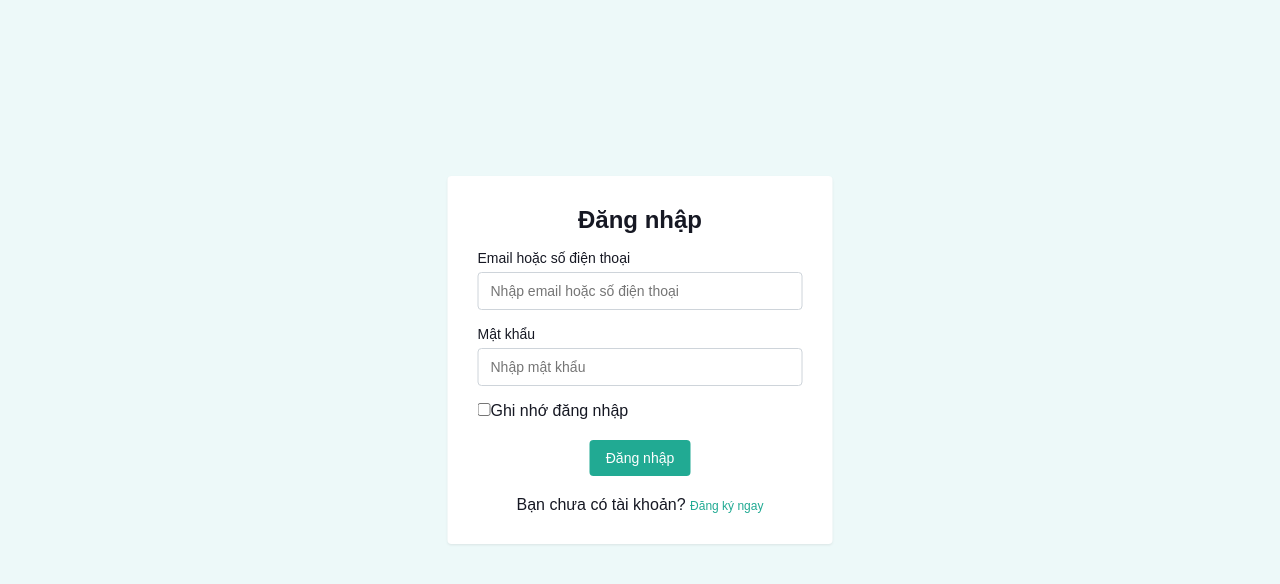
Repository: ntq25012002/chat-app
Page: /login
An editor plug-in stored every save of this project. The page is shown before and after the next save, followed by the edit.
The browser window is 1280 px wide. The pictures show the whole page.
The project was rebuilt for these pictures with package versions that can differ from the ones it lists, and the page was loaded fresh each time. Also part of the build but not shown: src/pages/Home/index.js, src/pages/Profile/index.js, src/layouts/components/SideBar/index.js, src/layouts/DefaultLayout/index.js.

Above is the page before, as saved 2023-05-19 11:15:24.

After the next save:
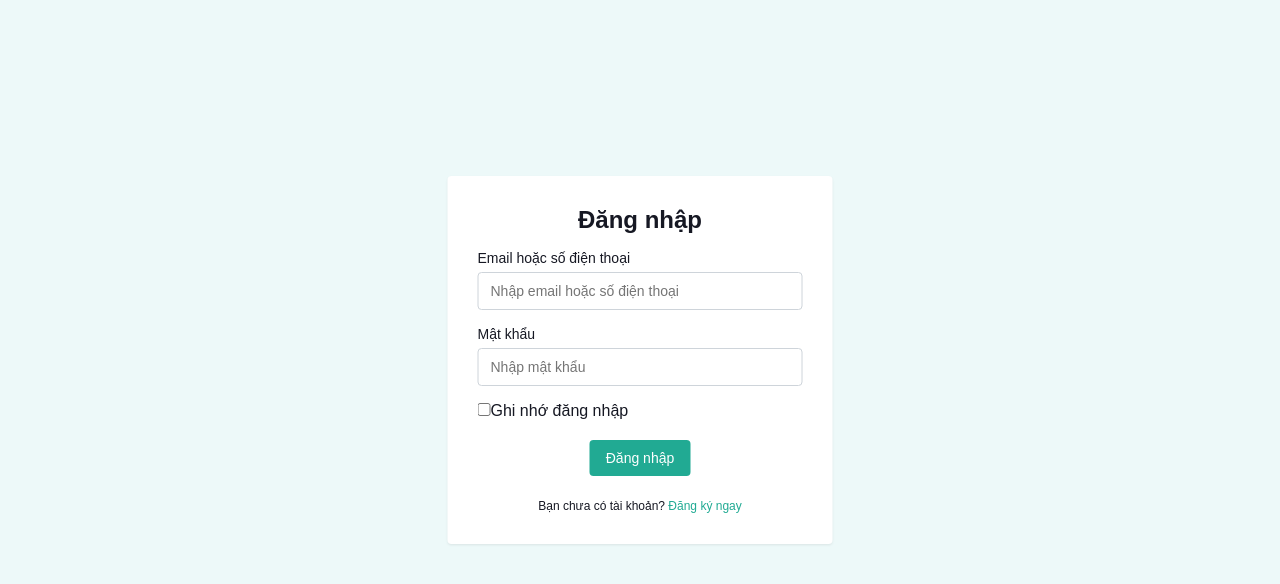
Saved 3 min 23 s later.
--- a/src/pages/Login/Login.module.scss
+++ b/src/pages/Login/Login.module.scss
@@ -57,6 +57,9 @@
                 cursor: pointer;
             }
         }
+        span {
+            font-size: 12px;
+        }
         .register_link {
             font-size: 12px;
             color: #21aa93;
